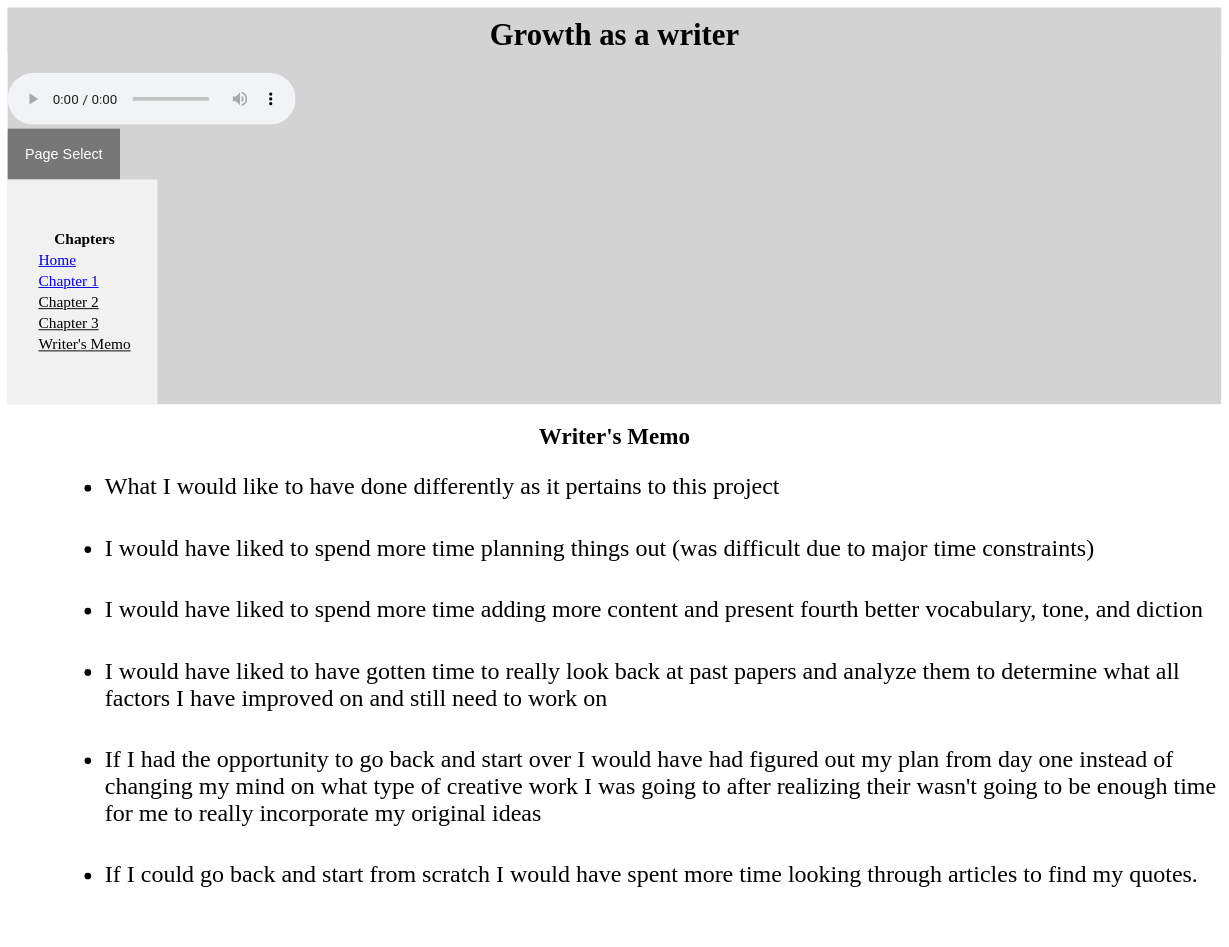
Repository: jpaisiem/WP-4
Page: WorksCited.html
An editor plug-in stored every save of this project. The page is shown before and after the next save, followed by the edit.
The browser window is 1280 px wide. The pictures show the whole page, at 96% of full size.

Above is the page before, as saved 2025-05-01 12:03:17.
Console error: TypeError: Cannot read properties of undefined (reading 'toggle')

After the next save:
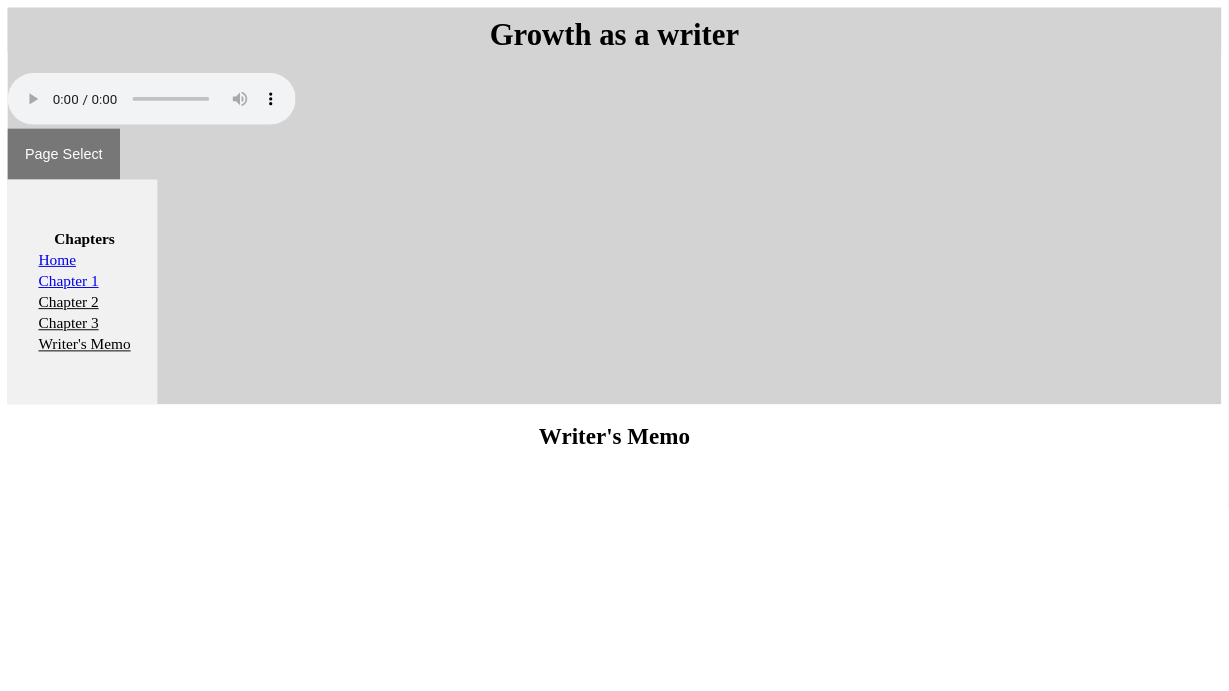
Saved 102 s later.
--- a/WorksCited.html
+++ b/WorksCited.html
@@ -80,14 +80,7 @@ li
 <div style="text-align: center;">
      <h2 style="text-align: center;">Writer&apos;s Memo</h2>
      <p>
-      <ul>
-    <li>What I would like to have done differently as it pertains to this project</li><br><br>
-<li>I would have liked to spend more time planning things out (was difficult due to major time constraints)</li><br><br>
-<li>I would have liked to spend more time adding more content and present fourth better vocabulary, tone, and diction</li><br><br>
-<li>I would have liked to have gotten time to really look back at past papers and analyze them to determine what all factors I have improved on and still need to work on</li><br><br>
-<li>If I had the opportunity to go back  and start over I would  have had figured out my plan from day one instead of changing my mind on what type of creative work I was going to after realizing their wasn't going to be enough time for me to really incorporate my original ideas</li><br><br>
-<li>If I could go back and start from scratch I would have spent more time looking through articles to find my quotes.</li><br><br>
-</ul>
+
 </p>
 </div>
 <script>
